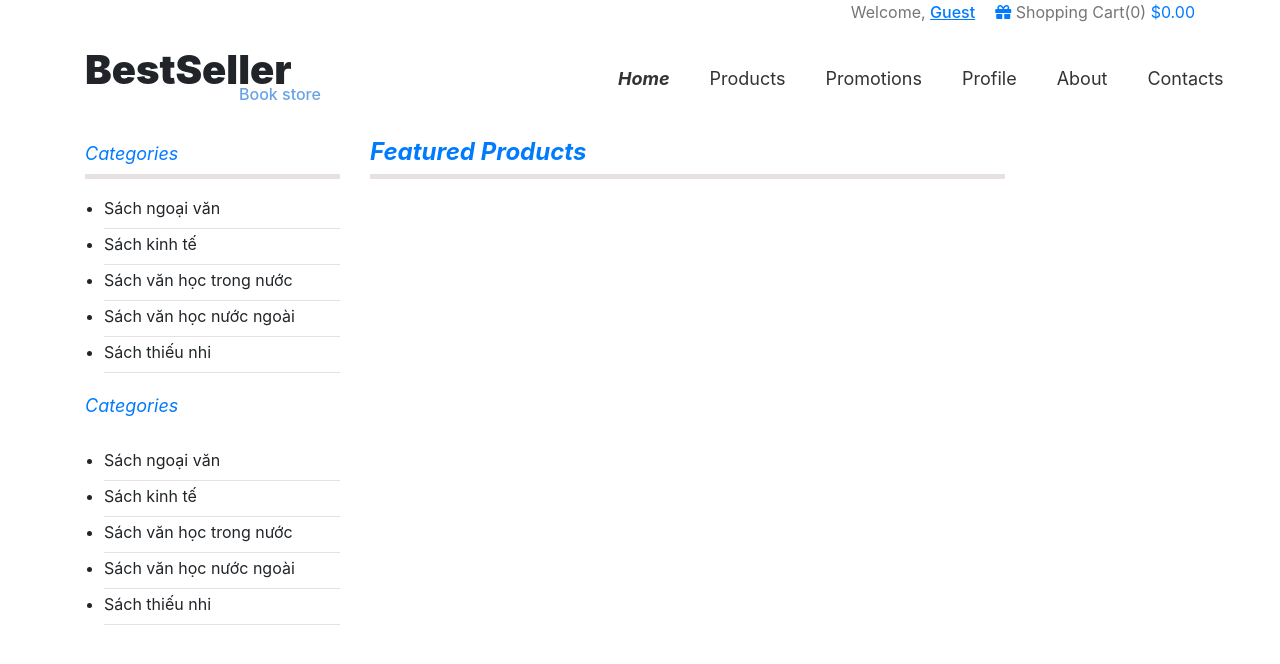
Repository: phunobi1807/BestSeller
Page: index.html
These files come from the project's save history. The page is drawn as it stood at one moment and after a run of saves; the edit follows.
The browser window is 1280 px wide. The pictures show the whole page.

Above is the page before, as saved 2021-06-28 23:21:21.

After the next 2 saves:
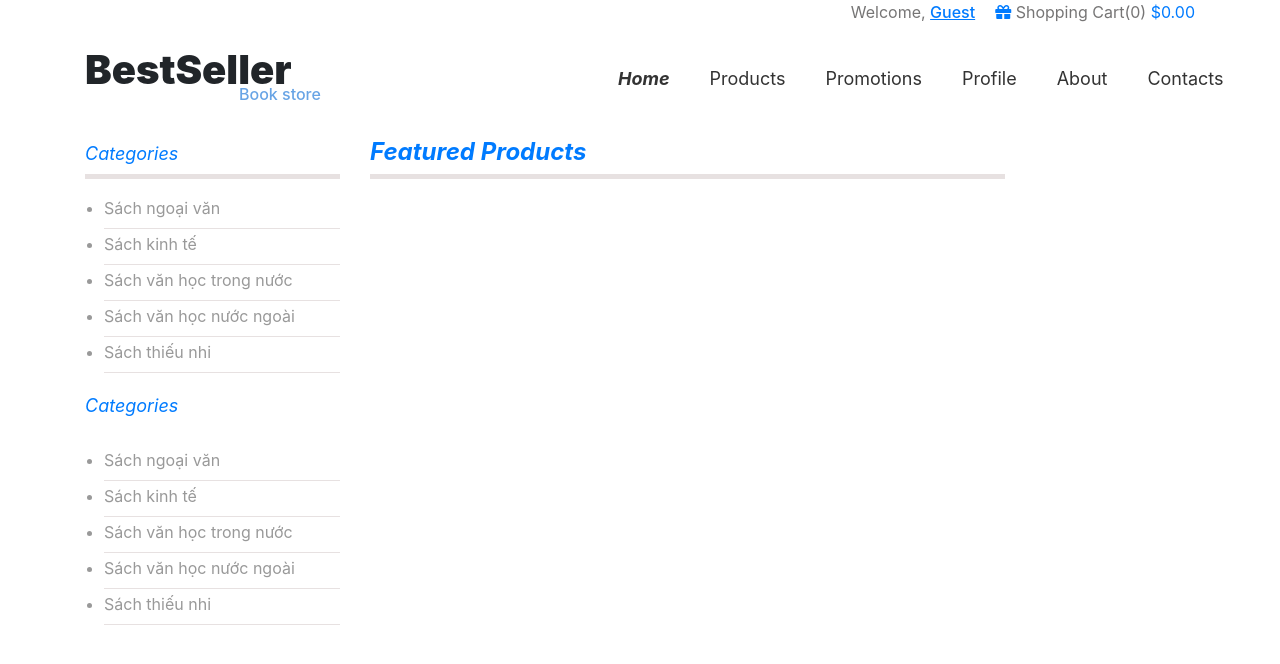
The 2 saves are shown as one change because they came seconds apart.
The last was saved 59 s later.
--- a/css/style.css
+++ b/css/style.css
@@ -127,6 +127,7 @@ html {
 .side-bar__list-item {
     position: relative;
     padding: 6px 0;
+    color: #999;
 }
 
 .side-bar__list-item::after {
